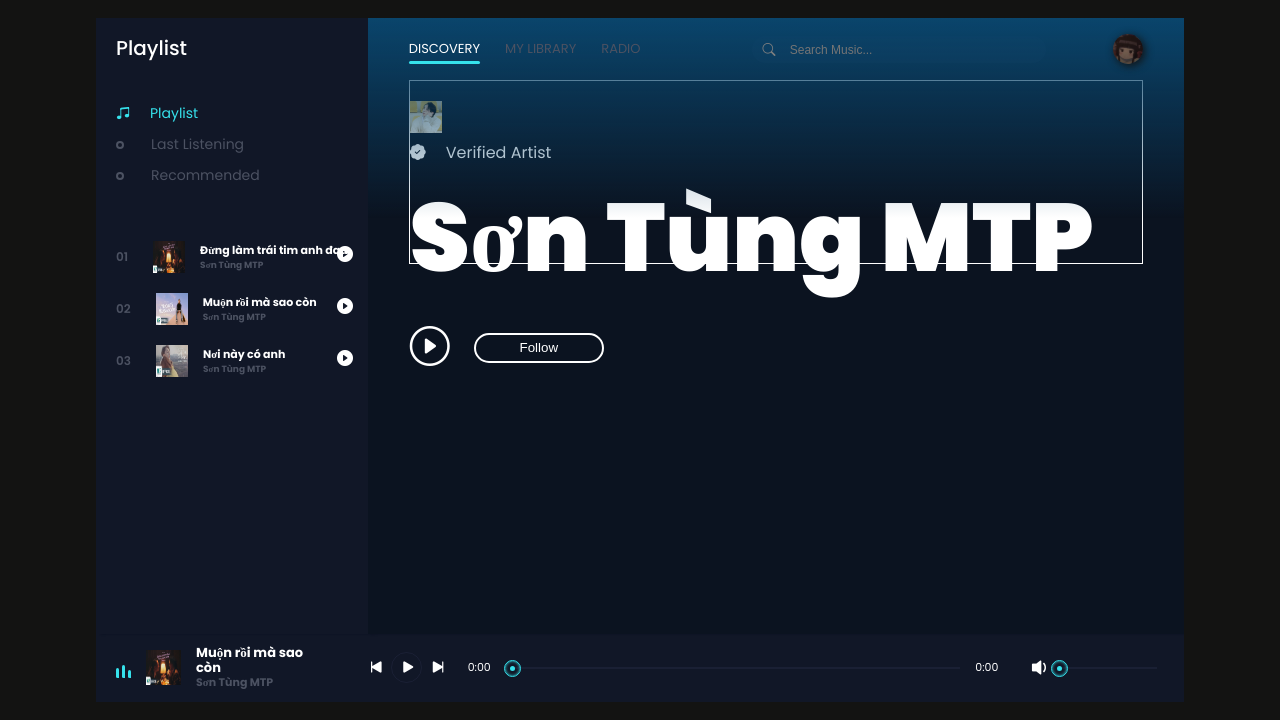
Repository: reminzuetto/Music-Website
Page: index.html
These files come from the project's save history. The page is drawn as it stood at one moment and after the next save; the edit follows.
The browser window is 1280 px wide. The pictures show the whole page.

Above is the page before, as saved 2024-06-11 03:42:30.

### index.html
<!DOCTYPE html>
<html lang="en">
  <head>
    <meta charset="UTF-8" />
    <meta name="viewport" content="width=device-width, initial-scale=1.0" />
    <link rel="stylesheet" href="./style.css" />
    <link
      rel="stylesheet"
      href="https://cdn.jsdelivr.net/npm/bootstrap-icons@1.11.3/font/bootstrap-icons.min.css"
    />
    <title>Music Website</title>
  </head>
  <body>
    <header>
      <div class="menu_side">
        <h1>Playlist</h1>
        <div class="playlist">
          <h4 class="active">
            <span></span><i class="bi bi-music-note-beamed"></i>Playlist
          </h4>
          <h4>
            <span></span><i class="bi bi-music-note-beamed"></i>Last Listening
          </h4>
          <h4>
            <span></span><i class="bi bi-music-note-beamed"></i>Recommended
          </h4>
        </div>
        <div class="menu_song">
          <li class="songItem">
            <span>01</span>
            <img
              src="./MusicThumbnail/DungLamTraiTimAnhDau.jpg"
              alt="DungLamTraiTimAnhDau"
            />
            <h5 class="subtitle">
              Đừng làm trái tim anh đau
              <div class="subtitle">Sơn Tùng MTP</div>
            </h5>
            <i class="bi bi-play-circle-fill"></i>
          </li>
          <li class="songItem">
            <span>02</span>
            <img
              src="./MusicThumbnail/MuonRoiMaSaoCon.jpg"
              alt="MuonRoiMaSaoCon"
            />
            <h5 class="subtitle">
              Muộn rồi mà sao còn
              <div class="subtitle">Sơn Tùng MTP</div>
            </h5>
            <i class="bi bi-play-circle-fill"></i>
          </li>
          <li class="songItem">
            <span>03</span>
            <img src="./MusicThumbnail/NoiNayCoAnh.jpg" alt="NoiNayCoAnh" />
            <h5 class="subtitle">
              Nơi này có anh
              <div class="subtitle">Sơn Tùng MTP</div>
            </h5>
            <i class="bi bi-play-circle-fill"></i>
          </li>
        </div>
      </div>
      <div class="song_side">
        <nav>
          <ul>
            <li>DISCOVERY<span></span></li>
            <li>MY LIBRARY</li>
            <li>RADIO</li>
          </ul>
          <div class="search">
            <i class="bi bi-search"></i>
            <input type="text" placeholder="Search Music..." />
          </div>
          <div class="user">
            <img src="./Picture/Ava.jpg" alt="User" title="Yuuto" />
          </div>
        </nav>
        <div class="content">
          <div class="artistInfos">
            <div class="artistPicture">
              <img src="./ArtistWallPaper/MTP.jpg" alt="" />
            </div>
            <div class="artistInfo">
              <div class="verifiedArtist">
                <i class="bi bi-patch-check-fill"></i>
                <p class="text">Verified Artist</p>
              </div>
              <h1>Sơn Tùng MTP</h1>
            </div>
          </div>
          <div class="buttons">
            <button class="play"><i class="bi bi-play-circle"></i></button>
            <button class="follow">Follow</button>
          </div>
        </div>
      </div>
      <div class="master_play">
        <div class="wave">
          <div class="wave1"></div>
          <div class="wave1"></div>
          <div class="wave1"></div>
        </div>
        <img
          src="./MusicThumbnail/DungLamTraiTimAnhDau.jpg"
          alt="DungLamTraiTimAnhDau"
        />
        <h5 class="subtitle">
          Muộn rồi mà sao còn
          <div class="subtitle">Sơn Tùng MTP</div>
        </h5>
        <div class="icon">
          <i class="bi bi-skip-start-fill"></i>
          <i class="bi bi-play-fill"></i>
          <i class="bi bi-skip-end-fill"> </i>
        </div>
        <span class="currentStart">0:00</span>
        <div class="bar">
          <input type="range" id="seek" min="0" value="0" max="100" />
          <div class="bar2"></div>
          <div class="dot"></div>
        </div>
        <span class="currentEnd">0:00</span>

        <div class="vol">
          <i class="bi bi-volume-down-fill"></i>
          <input type="range" id="seek" min="0" value="0" max="100" />
          <div class="vol_bar"></div>
          <div class="dot"></div>
        </div>
      </div>
    </header>
    <script src="./main.js"></script>
  </body>
</html>

### style.css
@import url("https://fonts.googleapis.com/css2?family=Poppins:ital,wght@0,100;0,200;0,300;0,400;0,500;0,600;0,700;0,800;0,900;1,100;1,200;1,300;1,400;1,500;1,600;1,700;1,800;1,900&display=swap");
* {
  padding: 0%;
  margin: 0%;
  box-sizing: border-box;
}

body {
  width: 100%;
  height: 100vh;
  background-color: #131312;
  font-family: "Poppins", "sans-serif";
  display: flex;
  align-items: center;
  justify-content: center;
}

header {
  width: 85%;
  height: 95%;
  /* border: 1px solid #fff; */
  display: flex;
  flex-wrap: wrap;
  overflow: hidden;
}

header .menu_side,
.song_side {
  position: relative;
  width: 25%;
  height: 90%;
  /* border: 1px solid #fff; */
  background-color: #111727;
  box-shadow: 5px 0px 2px #090f1f;
  color: #fff;
}

header .song_side {
  width: 75%;
  background: #0b1320;
}

header .master_play {
  width: 100%;
  height: 10%;
  background: #111727;
  box-shadow: 0px 3px 8px #090f1f;
}

header .menu_side h1 {
  font-size: 20px;
  margin: 15px 0px 0px 20px;
  font-weight: 500;
}

header .menu_side .playlist {
  margin: 40px 0px 0px 20px;
}
header .menu_side .playlist h4 {
  font-size: 14px;
  font-weight: 400;
  padding-bottom: 10px;
  color: #4c5262;
  cursor: pointer;
  display: flex;
  align-items: center;
  transition: 0.3 linear;
}

header .menu_side .playlist h4:hover {
  color: #fff;
}
header .menu_side .playlist h4 span {
  position: relative;
  margin-right: 35px;
}
header .menu_side .playlist h4 span::before {
  content: "";
  position: absolute;
  width: 4px;
  height: 4px;
  border: 2px solid #4c5262;
  border-radius: 50%;
  top: -4px;
  transition: 0.3s linear;
}

header .menu_side .playlist h4:hover span::before:hover {
  border: 2px solid #fff;
}

header .menu_side .playlist h4 .bi {
  display: none;
}

header .menu_side .playlist .active {
  color: #36e2ec;
}

header .menu_side .playlist .active span {
  display: none;
}

header .menu_side .playlist .active .bi {
  display: block;
  margin-right: 20px;
}

header .menu_side .menu_song {
  width: 100%;
  height: 320px;
  /* border: 1px solid #fff; */
  margin-top: 40px;
}
header .menu_side .menu_song li {
  position: relative;
  list-style: none;
  padding: 5px 0px 5px 20px;
  margin-bottom: 10px;
  cursor: pointer;
  transition: 0.3s linear;
  display: flex;
  align-items: center;
}
header .menu_side .menu_song li:hover {
  background: rgb(105, 105, 170, 0.1);
}
header .menu_side .menu_song li span {
  font-size: 12px;
  font-weight: 600;
  color: #4c5262;
}
header .menu_side .menu_song li img {
  width: 32px;
  height: 32px;
  margin-left: 25px;
}

header .menu_side .menu_song li h5 {
  font-size: 11px;
  margin-left: 15px;
}

header .menu_side .menu_song li h5 .subtitle {
  font-size: 9px;
  color: #4c5262;
}

header .menu_side .menu_song li .bi {
  position: absolute;
  right: 15px;
  top: 6px;
}

header .master_play {
  display: flex;
  align-items: center;
  padding: 0 20px;
}

header .master_play .wave {
  width: 30px;
  height: 30px;
  padding-bottom: 5px;
  display: flex;
  align-items: flex-end;
}

header .master_play .wave .wave1 {
  width: 3px;
  height: 10px;
  margin-right: 3px;
  border-radius: 10px 10px 0 10px;
  background: #36e2ec;
  animation: unset;
}

header .master_play .wave .wave1:nth-child(2) {
  /* animation-delay: 0.4s; */
  height: 13px;
}

header .master_play .wave .wave1:nth-child(3) {
  /* animation-delay: 0.8s; */
  height: 8px;
}

/* javascript wave animation class */
header .master_play .active2 .wave1 {
  animation: wave 0.5s linear infinite;
}

header .master_play .active2 .wave1:nth-child(2) {
  animation-delay: 0.4s;
}

header .master_play .active2 .wave1:nth-child(3) {
  animation-delay: 0.8s;
}
@keyframes wave {
  0% {
    height: 10px;
  }
  50% {
    height: 15px;
  }
  100% {
    height: 10px;
  }
}

header .master_play img {
  width: 35px;
  height: 35px;
}

header .master_play h5 {
  width: 130px;
  font-size: 13px;
  margin-left: 15px;
  color: #fff;
  line-height: 15px;
}

header .master_play h5 .subtitle {
  font-size: 11px;
  color: #4c5262;
}

header .master_play .icon {
  font-size: 20px;
  color: #fff;
  margin: 0 20px 0 40px;
}

header .master_play .icon .bi {
  cursor: pointer;
  outline: none;
}

header .master_play .icon .bi:nth-child(2) {
  border: 1px solid rgb(105, 105, 170, 0.1);
  border-radius: 50%;
  padding: 1px 3px 0px 6px;
  transition: 0.3 linear;
}

header .master_play span {
  width: 32px;
  font-size: 11px;
  font-weight: 400;
  color: #fff;
}

header .master_play #currentStart {
  margin: 0 0 0 20px;
}

header .master_play .bar {
  position: relative;
  width: 43%;
  height: 2px;
  background: rgb(105, 105, 170, 0.1);
  margin: 0 15px 0 10px;
}

header .master_play .bar .bar2 {
  position: absolute;
  background: #36e2ec;
  width: 0%;
  height: 100%;
  top: 0;
}

header .master_play .bar .dot {
  position: absolute;
  width: 5px;
  height: 5px;
  background: #36e2ec;
  border-radius: 50%;
  left: 0%;
  top: -1px;
  transition: 1s linear;
}

header .master_play .bar .dot::before {
  content: "";
  position: absolute;
  width: 15px;
  height: 15px;
  border: 1px solid #36e2ec;
  border-radius: 50%;
  left: -6px;
  top: -6px;
  box-shadow: inset 0 0 3px #36e2ec;
}

header .master_play .bar input {
  position: absolute;
  width: 100%;
  top: -6px;
  left: 0;
  cursor: pointer;
  z-index: 999999;
  opacity: 0;
}

header .master_play .vol {
  position: relative;
  width: 100px;
  height: 2px;
  margin-left: 50px;
  background-color: rgb(105, 105, 170, 0.1);
}

header .master_play .vol .bi {
  position: absolute;
  color: #fff;
  font-size: 25px;
  top: -17px;
  left: -30px;
}

header .master_play .vol input {
  position: absolute;
  width: 100%;
  top: -6px;
  left: 0;
  cursor: pointer;
  z-index: 999999;
  opacity: 0;
}

header .master_play .vol .bar2 {
  position: absolute;
  background: #36e2ec;
  width: 0%;
  height: 100%;
  top: 0;
}

header .master_play .vol .dot {
  position: absolute;
  width: 5px;
  height: 5px;
  background: #36e2ec;
  border-radius: 50%;
  left: 0%;
  top: -1px;
  transition: 1s linear;
}

header .master_play .vol .dot::before {
  content: "";
  position: absolute;
  width: 15px;
  height: 15px;
  border: 1px solid #36e2ec;
  border-radius: 50%;
  left: -6px;
  top: -6px;
  box-shadow: inset 0 0 3px #36e2ec;
}

header .song_side {
  z-index: 2;
}

header .song_side::before {
  content: "";
  position: absolute;
  width: 100%;
  height: 200px;
  margin: 0;
  text-align: center;
  line-height: 200px;
  color: white;
  font-size: 24px;
  background: linear-gradient(
    to bottom,
    rgb(10, 69, 108),
    rgba(52, 152, 219, 0)
  );
}

header .song_side nav {
  width: 90%;
  height: 10%;
  margin: auto;
  /* border: 1px solid #fff; */
  display: flex;
  align-items: center;
  justify-content: space-between;
}

header .song_side nav ul {
  display: flex;
}

header .song_side nav ul li {
  position: relative;
  list-style-type: none;
  font-size: 13px;
  color: #4c5262;
  margin-right: 25px;
  cursor: pointer;
  transition: 0.3 linear;
}

header .song_side nav ul li:hover {
  color: #fff;
}

header .song_side nav ul li:nth-child(1) {
  color: #fff;
}

header .song_side nav ul li span {
  position: absolute;
  width: 100%;
  height: 2.5px;
  background: #36e2ec;
  bottom: -5px;
  left: 0;
  border-radius: 20px;
}

header .song_side nav .search {
  position: relative;
  width: 40%;
  padding: 1px 10px;
  border-radius: 20px;
  color: gray;
}

header .song_side nav .search::before {
  content: "";
  position: absolute;
  width: 100%;
  height: 100%;
  border-radius: 20px;
  background: rgb(105, 105, 170, 0.1);
  backdrop-filter: blur(5px);
  z-index: -1;
}

header .song_side nav .search .bi {
  font-size: 13px;
  padding: 3px 0 0 10px;
}

header .song_side nav .search input {
  background: none;
  border: none;
  outline: none;
  padding: 0 10px;
  color: #fff;
  font-size: 12px;
}

header .song_side nav .user {
  position: relative;
  width: 30px;
  height: 30px;
  border-radius: 50%;
  cursor: pointer;
}

header .song_side nav .user img {
  position: absolute;
  width: 100%;
  height: 100%;
  border-radius: 50%;
  box-shadow: 2px 2px 8px #131312;
}

header .song_side .content {
  width: 90%;
  height: 30%;
  margin: auto;
  border: 1px solid #fff;
  padding-top: 20px;
}

header .song_side .content .artistInfos .artistPicture img {
  width: 2rem;
  height: 2rem;
}

header .song_side .content .verifiedArtist {
  display: flex;
  align-items: center;
  justify-content: flex-start;
}

header .song_side .content .verifiedArtist .text {
  padding-left: 20px;
}

header .song_side .content h1 {
  font-size: 6rem;
  font-weight: 900;
}

header .song_side .content .buttons {
  position: relative;
  margin-top: 15px;
}

header .song_side .content .buttons .play {
  padding: 0;
  position: absolute;
  background: none;
  color: #fff;
  outline: none;
  font-size: 40px;
  border: none;
}

header .song_side .content .buttons .follow {
  position: absolute;
  width: 130px;
  height: 30px;
  border: 2px solid #fff;
  outline: none;
  border-radius: 20px;
  background: none;
  color: #fff;
  left: 4rem;
  top: 0.5rem;
}

header .song_side .content .buttons .play:hover {
  font-size: 45px;
  top: -0.1rem;
  left: -0.1rem;
}

header .song_side .content .buttons .follow:hover {
  color: #000;
  background: #fff;
}

.gradient-box {
  width: 200px;
  height: 200px;
  margin: 20px;
  text-align: center;
  line-height: 200px;
  color: white;
  font-size: 24px;
  background: linear-gradient(
    to bottom,
    rgba(52, 152, 219, 1),
    rgba(52, 152, 219, 0)
  );
  /* Màu xanh nhạt dần từ trên xuống dưới */
}

Loaded but not shown: main.js (no copy from this time; the picture is the same without it)

After the next save:
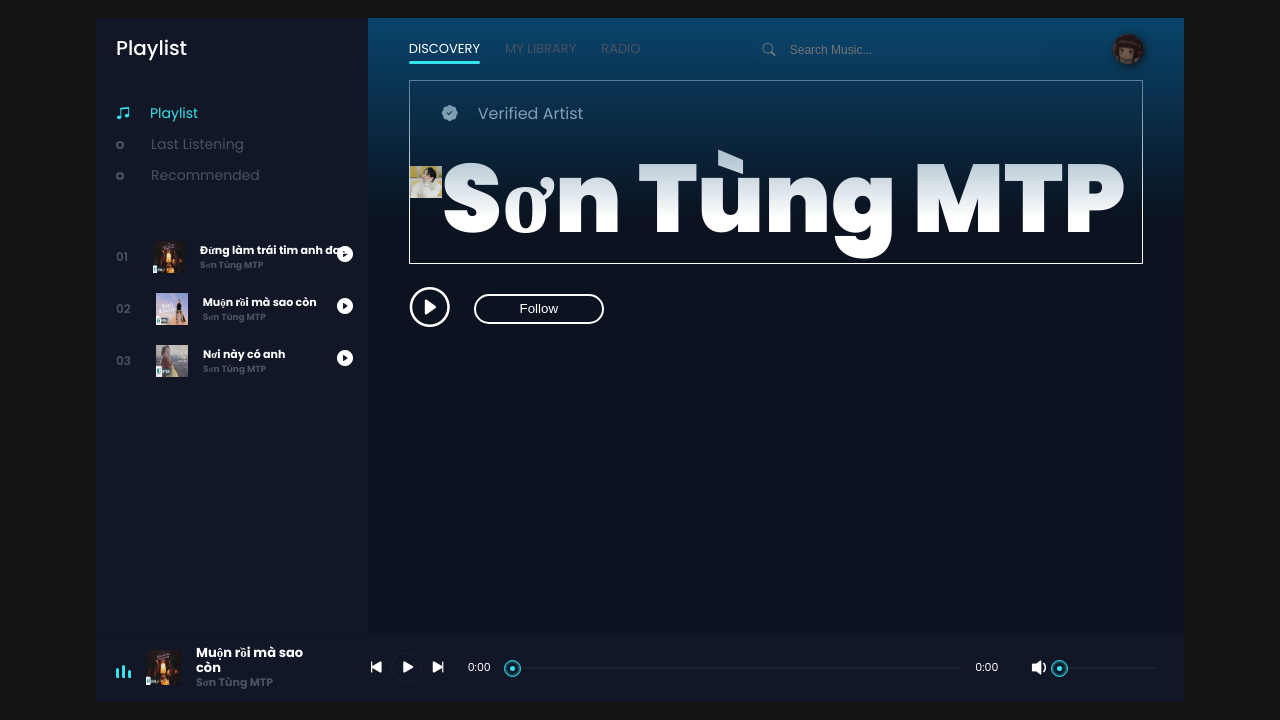
Saved 7 s later.
--- a/style.css
+++ b/style.css
@@ -480,6 +480,12 @@
   margin: auto;
   border: 1px solid #fff;
   padding-top: 20px;
+}
+
+header .song_side .content .artistInfos {
+  display: flex;
+  align-items: center;
+  justify-content: flex-start;
 }
 
 header .song_side .content .artistInfos .artistPicture img {
